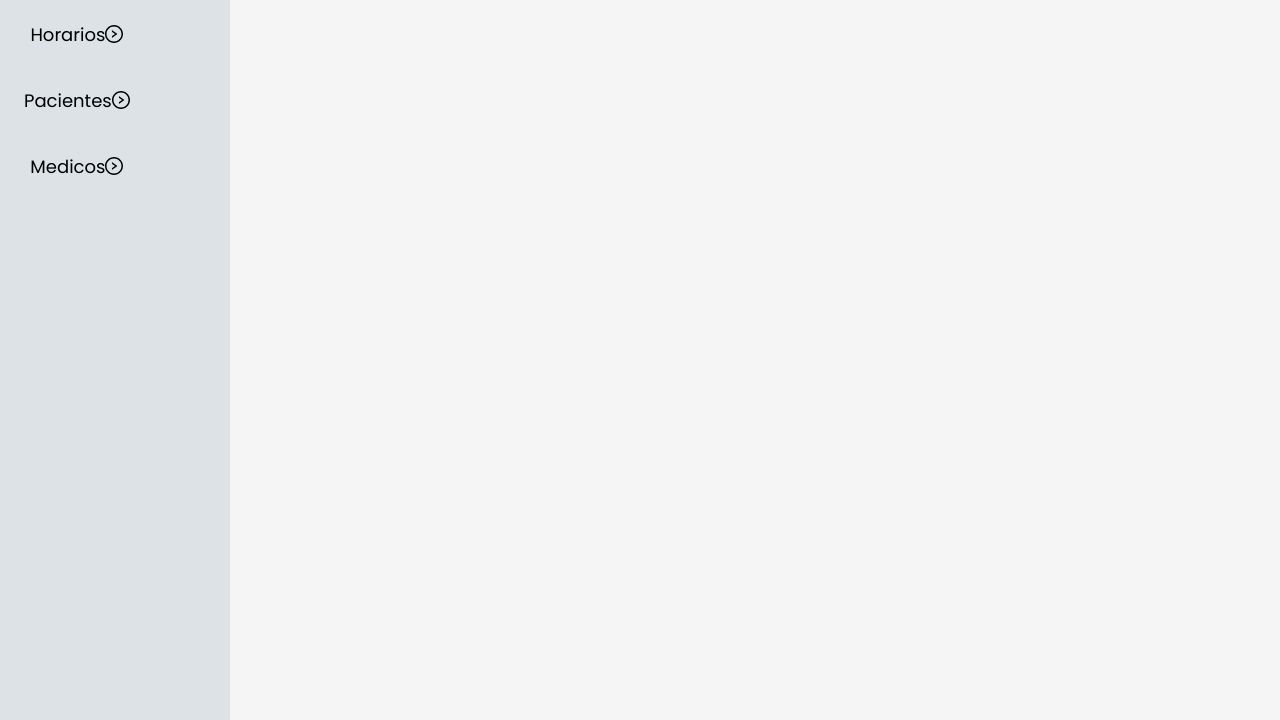
Repository: BarbaraCD/agendaconsulta
Page: /
An editor plug-in stored every save of this project. The page is shown before and after the next save, followed by the edit.
The browser window is 1280 px wide. The pictures show the whole page.
The project was rebuilt for these pictures with package versions that can differ from the ones it lists, and the page was loaded fresh each time. Also part of the build but not shown: vite.config.ts, src/styles/StyleList.ts, src/components/Doctors.tsx, src/services/ApiConfig.ts, src/services/doctor.services.ts, src/styles/InputContainer.ts, src/components/InputDoctors.tsx, src/components/SubmitButton.tsx and 7 more.

Above is the page before, as saved 2023-07-31 10:16:51.

### index.html
<!DOCTYPE html>
<html lang="en">
  <head>
    <meta charset="UTF-8" />
    <link rel="icon" type="image/svg+xml" href="/vite.svg" />
    <meta name="viewport" content="width=device-width, initial-scale=1.0" />

    <link rel="preconnect" href="https://fonts.googleapis.com">
    <link rel="preconnect" href="https://fonts.gstatic.com" crossorigin>
    <link href="https://fonts.googleapis.com/css2?family=Poppins:wght@400;500;700&display=swap" rel="stylesheet">

    <title>Agendamento de Consulta</title>
  </head>
  <body>
    <div id="root"></div>
    <script type="module" src="/src/main.tsx"></script>
  </body>
</html>

### src/main.tsx
import React from 'react'
import ReactDOM from 'react-dom/client'
import { ThemeProvider } from 'styled-components'
import GlobalStyle from './styles/global'
import { theme } from './styles/Theme.ts'
import { Routes } from './routes/index.tsx'

ReactDOM.createRoot(document.getElementById('root')!).render(
  <React.StrictMode>
    <ThemeProvider theme={theme}>
      <GlobalStyle />
      <Routes />
    </ThemeProvider>
  </React.StrictMode>,
)

### src/styles/global.ts
import { createGlobalStyle } from 'styled-components'

export default createGlobalStyle`
  *{
    margin: 0;
    padding: 0;
    box-sizing: border-box;
  }
  body{
    font-family: 'Poppins', sans-serif;
    background: ${(props) => props.theme.colors.white};
    font-size: ${(props) => props.theme.size.xl};
  }
`

### src/styles/Theme.ts

export const theme = {
  colors: {
    primary: '#059669',
    head: '#059669B3',
    900: '#6A8D73',
    800: '#AFC5A6',
    700: '#F4FDD9',
    100: '#E4FFE1',

    sbcolor: '#DCE2E6',
    gray: '#41414D',
    black: '#000',
    white: '#f5f5f5',
  },

  size: {
    sm: '14px',
    md: '16px',
    lg: '18px',
    xl: '20px',
    xxl: '24px'
  }
}

### src/routes/index.tsx
import { BrowserRouter } from "react-router-dom";

import { AppRoutes } from './app.routes'

export function Routes(){
  return(
    <BrowserRouter>
      <AppRoutes />
    </BrowserRouter>
  )
}

### src/routes/app.routes.jsx
import { Routes, Route } from 'react-router-dom'

import { CreateDoctor } from '../components/CreateDoctor'
import { CreatePatient } from '../components/CreatePatient'
import { Sidebar } from '../components/Sidebar'
import { Appointments } from '../components/Appointments'

export function AppRoutes(){
  return(
    <Routes>
      <Route path='/' element={<Sidebar />} />
      <Route path='/patients' element={<CreatePatient />} />
      <Route path='/doctors' element={<CreateDoctor />} />
      <Route path='/appointments' element={<Appointments />} />
    </Routes>
  )
}

### src/components/Sidebar.tsx

import { RightCircleOutlined } from '@ant-design/icons'
import { CreatePatient } from './CreatePatient'

import { StyledSidebar, StyledList } from '../styles/SidebarStyled'
import { useState } from 'react';



export function Sidebar(){
  const [showPacient, setShowPacient] = useState(false)

  const handlePatientClick = () => {
    setShowPacient(true);
  };

  return (
    <StyledSidebar>
        <StyledList>
          <li>
            Horarios
            <RightCircleOutlined />
          </li>
          <li onClick={handlePatientClick}>
            Pacientes
            {/* <CreatePatient /> */}
            <RightCircleOutlined />
          </li>
          <li>
            Medicos
            <RightCircleOutlined />
          </li>
        </StyledList>
    </StyledSidebar>
  )
}

### src/styles/SidebarStyled.ts
import styled from 'styled-components'

export const StyledSidebar = styled.div`
  display: flex;
  height: 100vh;
  width: 18vw;
  background-color: ${(props) => props.theme.colors.sbcolor};
  color: ${(props) => props.theme.colors.black};
  font-size: ${(props) => props.theme.size.lg};
  font-weight: 400;
  justify-content: start;

`

export const StyledList = styled.ul`
    flex-direction: column;
    display: flex;
    padding: 12px;
    list-style: none;
    gap: 20px;

  li{
    cursor: pointer;
    padding: 12px;
    line-height: 22px;
    justify-content: space-between;
    text-align: center;
  }
`

### src/components/Header.tsx
import { styled } from "styled-components"

const Container = styled.div`
  background-color: ${(props) => props.theme.colors.primary};
  padding: 12px 16px;
  color: ${(props) => props.theme.colors.white};
  font-weight: 700;
`

export function Header(){
  return (
    <Container>
      Agenda consulta
    </Container>
  )
}

After the next save:
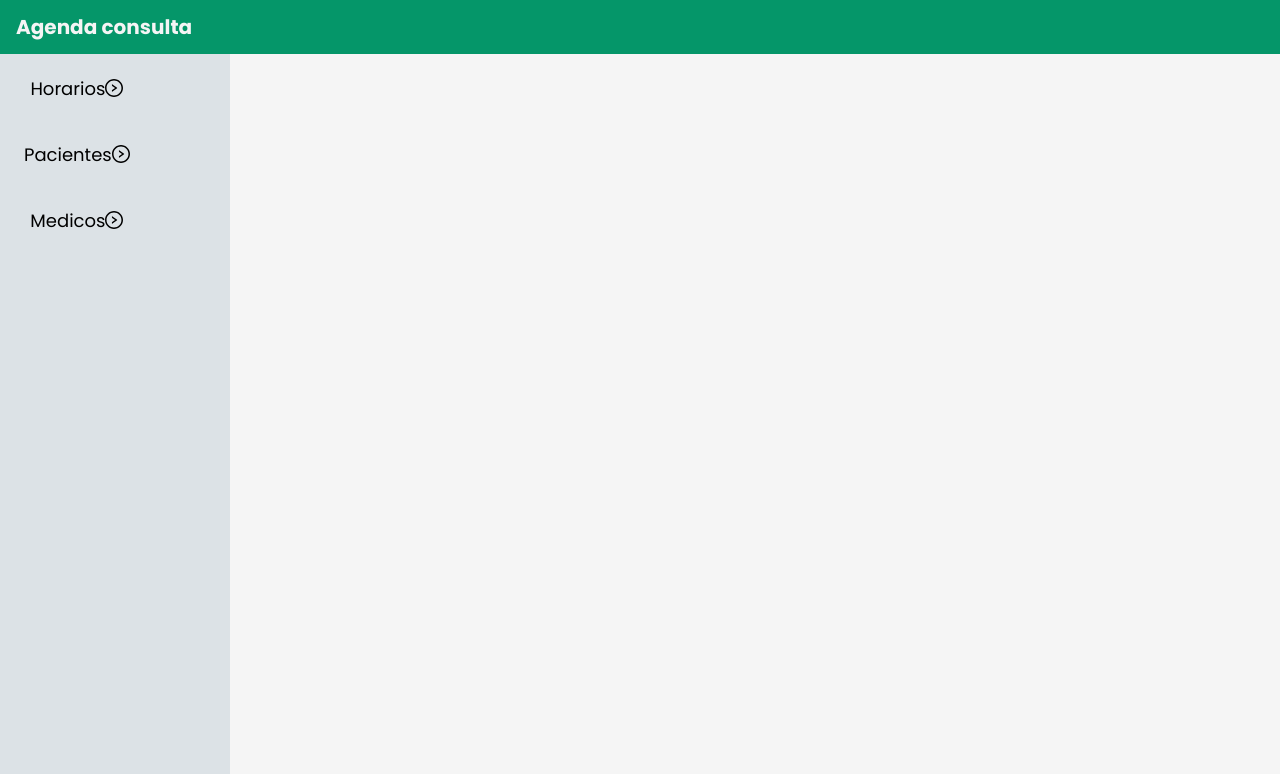
Saved 52 s later.
--- a/src/main.tsx
+++ b/src/main.tsx
@@ -4,11 +4,13 @@ import { ThemeProvider } from 'styled-components'
 import GlobalStyle from './styles/global'
 import { theme } from './styles/Theme.ts'
 import { Routes } from './routes/index.tsx'
+import { Header } from './components/Header.tsx'
 
 ReactDOM.createRoot(document.getElementById('root')!).render(
   <React.StrictMode>
     <ThemeProvider theme={theme}>
       <GlobalStyle />
+      <Header />
       <Routes />
     </ThemeProvider>
   </React.StrictMode>,
